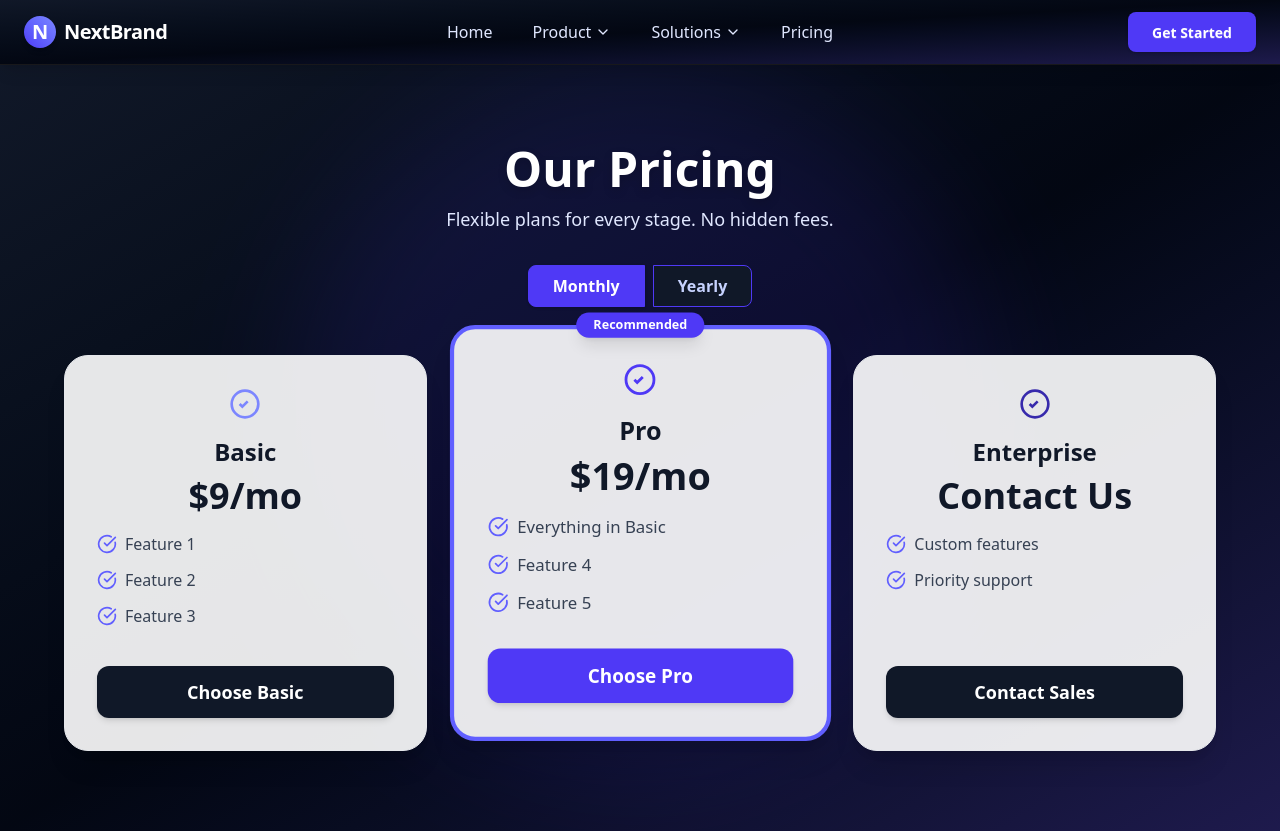
Repository: Chiranshukapil/Next_Brand
Page: /pricing
The author's editor kept a copy of each file at every save. The page is drawn from the files as they stood at one save, then again after the next save.
The browser window is 1280 px wide. The pictures show the whole page.
The project was rebuilt for these pictures with package versions that can differ from the ones it lists, and the page was loaded fresh each time. Also part of the build but not shown: vite.config.js.

Above is the page before, as saved 2025-06-18 11:48:53.

After the next save:
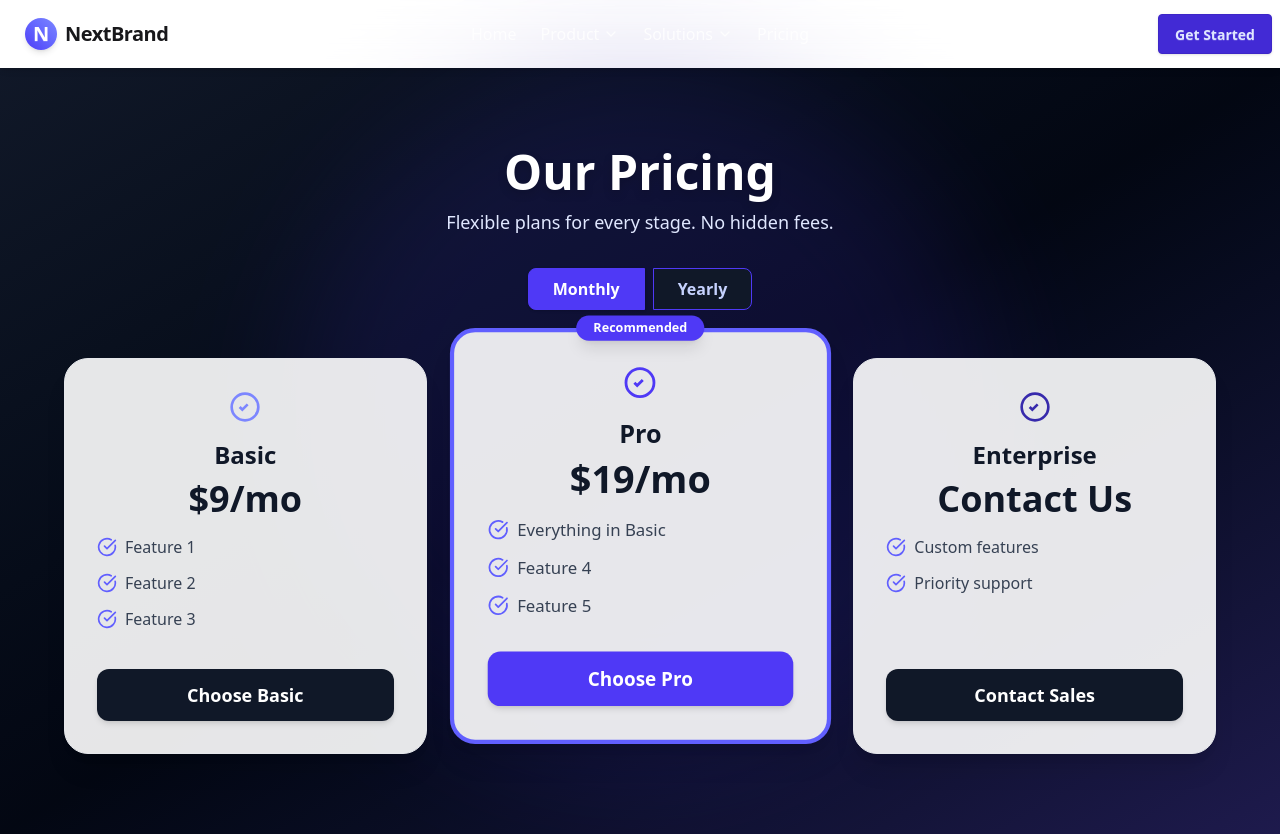
Saved 10 s later.
--- a/src/Components/NavBar.jsx
+++ b/src/Components/NavBar.jsx
@@ -2,7 +2,7 @@ import React, { useState } from "react";
 import { Link } from "react-router-dom";
 import { Menu, X, ChevronDown } from "lucide-react";
 
-// Route-based navLinks
+// Use route paths in navLinks
 const navLinks = [
   { name: "Home", href: "/" },
   {
@@ -11,7 +11,6 @@ const navLinks = [
     dropdown: [
       { name: "Overview", href: "/product/overview" },
       { name: "Features", href: "/product/features" },
-      { name: "Pricing", href: "/pricing" },
     ],
   },
   {
@@ -30,12 +29,12 @@ export default function Navbar() {
   const [dropdownOpen, setDropdownOpen] = useState(null);
 
   return (
-    <nav className="sticky top-0 z-50 bg-gradient-to-br from-gray-900 via-gray-950 to-indigo-950 backdrop-blur-md bg-opacity-80 border-b shadow-lg flex justify-between items-center px-6 py-3">
-      {/* Brand/Logo */}
+    <nav className="navbar shadow-md sticky top-0 z-50 backdrop-blur-md bg-opacity-90 transition-all duration-300 flex justify-between items-center">
+
       <div className="navbar-start">
         <Link
           to="/"
-          className="flex items-center gap-2 text-xl font-bold tracking-tight text-white hover:text-indigo-400 transition-colors"
+          className="btn btn-ghost text-xl font-bold tracking-tight flex items-center gap-2 hover:text-indigo-500 transition-colors"
         >
           <span className="w-8 h-8 bg-gradient-to-tr from-indigo-600 to-indigo-400 rounded-full text-white flex items-center justify-center font-bold shadow-md">
             N
@@ -44,9 +43,8 @@ export default function Navbar() {
         </Link>
       </div>
 
-      {/* Desktop Menu */}
       <div className="navbar-center hidden md:flex">
-        <ul className="flex gap-2 items-center">
+        <ul className="menu menu-horizontal px-1">
           {navLinks.map((link, index) => (
             <li
               key={link.name}
@@ -58,7 +56,7 @@ export default function Navbar() {
                 <>
                   <Link
                     to={link.href}
-                    className="px-4 py-2 rounded-lg text-base font-medium flex items-center gap-1 cursor-pointer text-indigo-100 hover:text-white hover:bg-indigo-700/30 transition-colors"
+                    className="text-base font-medium flex items-center gap-1 cursor-pointer text-white/80 hover:text-indigo-500 transition-colors"
                     aria-haspopup="true"
                     aria-expanded={dropdownOpen === index}
                     onClick={() => setDropdownOpen(null)}
@@ -67,12 +65,12 @@ export default function Navbar() {
                     <ChevronDown className="h-4 w-4" />
                   </Link>
                   {dropdownOpen === index && (
-                    <ul className="absolute top-full left-0 mt-2 bg-white/95 shadow-xl rounded-xl p-2 w-52 z-50 animate-fade-in">
+                    <ul className="absolute top-full left-0 mt-1 bg-gray-200 shadow-lg rounded-box p-2 w-48 z-50 animate-fade-in">
                       {link.dropdown.map((item) => (
                         <li key={item.name}>
                           <Link
                             to={item.href}
-                            className="block px-4 py-2 rounded-lg hover:bg-indigo-100 text-gray-900 font-medium transition"
+                            className="block px-3 py-1 rounded hover:bg-indigo-50 text-gray-800 transition"
                             onClick={() => setDropdownOpen(null)}
                           >
                             {item.name}
@@ -85,7 +83,7 @@ export default function Navbar() {
               ) : (
                 <Link
                   to={link.href}
-                  className="px-4 py-2 rounded-lg text-base font-medium text-indigo-100 hover:text-white hover:bg-indigo-700/30 transition"
+                  className="text-base font-medium text-white/80 hover:text-indigo-500 transition"
                   onClick={() => setDropdownOpen(null)}
                 >
                   {link.name}
@@ -96,46 +94,50 @@ export default function Navbar() {
         </ul>
       </div>
 
-      {/* Right Side: CTA + Mobile Menu Button */}
       <div className="navbar-end flex items-center">
         <Link
           to="/get-started"
-          className="btn btn-primary font-semibold shadow hidden md:inline-flex bg-indigo-600 text-white hover:bg-indigo-700 border-none rounded-lg px-6 py-2 transition"
+          className="btn btn-primary font-semibold shadow hidden md:inline-flex"
         >
           Get Started
         </Link>
         <button
           aria-label="Toggle menu"
-          className="btn btn-ghost md:hidden ml-2 text-indigo-200"
+          className="btn btn-ghost md:hidden ml-2"
           onClick={() => setMenuOpen((v) => !v)}
         >
           {menuOpen ? (
-            <X className="h-7 w-7" />
+            <X className="h-6 w-6 text-indigo-600" />
           ) : (
-            <Menu className="h-7 w-7" />
+            <Menu className="h-6 w-6 text-indigo-600" />
           )}
         </button>
 
-        {/* Mobile Menu */}
         <div
-          className={`absolute top-full right-2 left-2 z-40 md:hidden overflow-hidden transition-all duration-300 ease-in-out bg-white/95 rounded-xl shadow-lg ${
+          className={`absolute top-full right-2 left-2 z-40 md:hidden overflow-hidden transition-all duration-300 ease-in-out bg-white rounded-box shadow-lg ${
             menuOpen ? "max-h-96" : "max-h-0"
           }`}
         >
-          <ul tabIndex={0} className="flex flex-col gap-1 p-3 w-full">
+          <ul tabIndex={0} className="menu menu-sm p-2 w-full">
             {navLinks.map((link) => (
               <li key={link.name}>
                 {link.dropdown ? (
                   <details>
-                    <summary className="text-base cursor-pointer flex items-center justify-between text-gray-900 font-semibold px-2 py-2 rounded-lg hover:bg-indigo-100 transition">
-                      {link.name}
+                    <summary className="text-base cursor-pointer flex items-center justify-between text-gray-800">
+                      <Link
+                        to={link.href}
+                        className="flex items-center gap-1"
+                        onClick={() => setMenuOpen(false)}
+                      >
+                        {link.name}
+                      </Link>
                     </summary>
                     <ul className="p-2">
                       {link.dropdown.map((item) => (
                         <li key={item.name}>
                           <Link
                             to={item.href}
-                            className="block px-4 py-2 rounded-lg text-gray-900 hover:bg-indigo-100 transition"
+                            className="text-base text-gray-800"
                             onClick={() => setMenuOpen(false)}
                           >
                             {item.name}
@@ -147,7 +149,7 @@ export default function Navbar() {
                 ) : (
                   <Link
                     to={link.href}
-                    className="block px-4 py-2 rounded-lg text-gray-900 font-semibold hover:bg-indigo-100 transition"
+                    className="text-base text-gray-800"
                     onClick={() => setMenuOpen(false)}
                   >
                     {link.name}
@@ -158,7 +160,7 @@ export default function Navbar() {
             <li className="mt-2">
               <Link
                 to="/get-started"
-                className="btn btn-primary w-full bg-indigo-600 text-white hover:bg-indigo-700 border-none rounded-lg px-6 py-2 transition"
+                className="btn btn-primary w-full"
                 onClick={() => setMenuOpen(false)}
               >
                 Get Started
